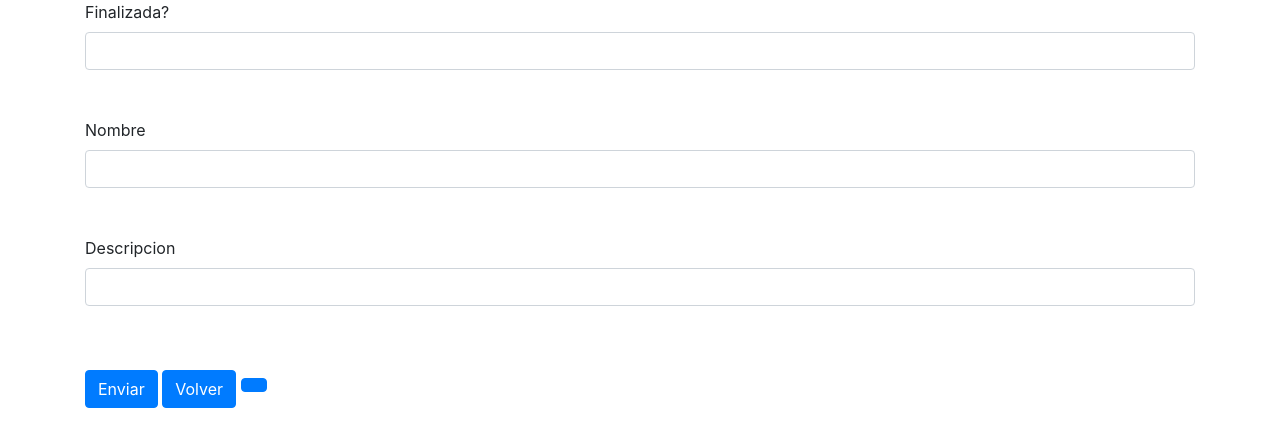
Repository: Alemartinez97/New-Repository
Page: programacion-3/tp4/tareas/formulario/form.html
An editor plug-in stored every save of this project. The page is shown before and after the next save, followed by the edit.
The browser window is 1280 px wide. The pictures show the whole page.

Above is the page before, as saved 2020-06-11 15:15:44.
Not found: programacion-3/tp4/tareas/formulario/main.js

After the next save:
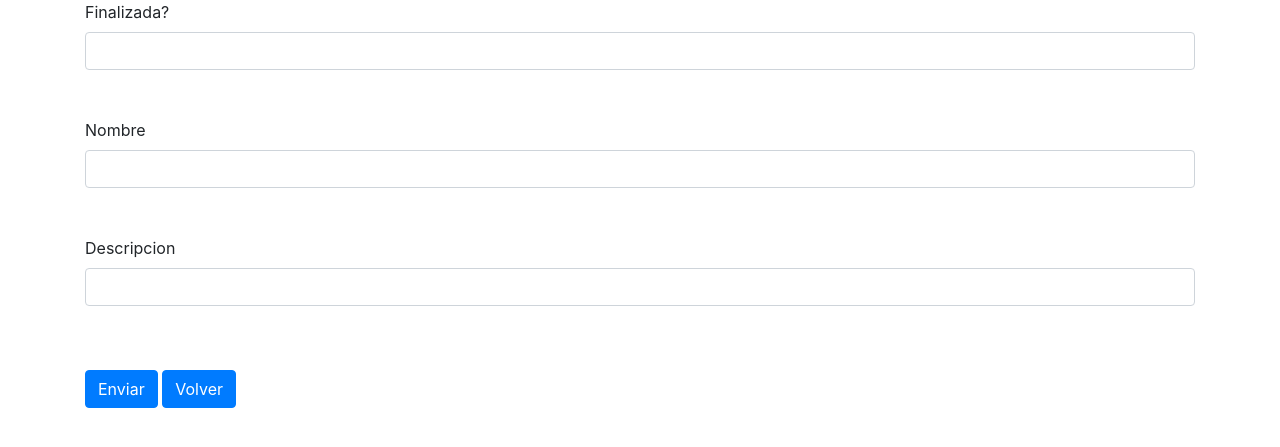
Saved 17 s later.
--- a/programacion-3/tp4/tareas/formulario/form.html
+++ b/programacion-3/tp4/tareas/formulario/form.html
@@ -27,7 +27,6 @@
 
         <button onclick="enviarDatos()" class="btn btn-primary">Enviar</button>
         <a href="../lista.html" class="btn btn-primary">Volver</a>
-        <h3 id="resultado" class="btn btn-primary"></h3>
     </div>
 
     <script src="./js/tp3.js"></script>
